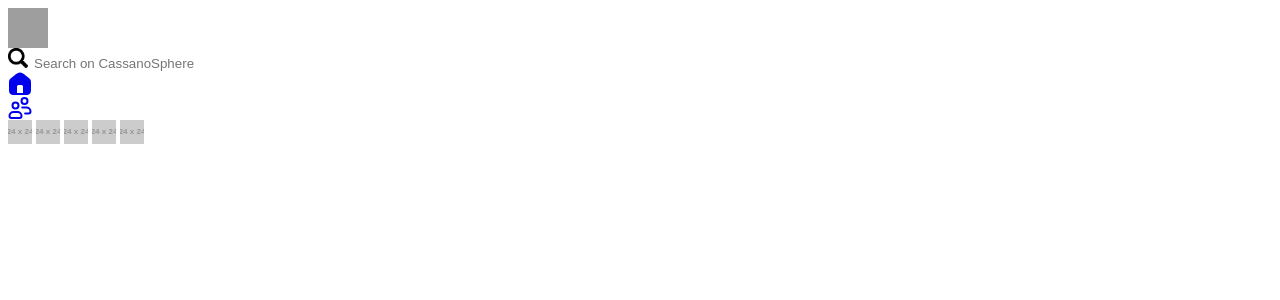
Repository: oafnghh/CassanoSphere
Page: http://localhost/CassanoSphere/www/home/includes/navBar.jsp
These files come from the project's save history. The page is drawn as it stood at one moment and after the next save; the edit follows.
The browser window is 1280 px wide. The pictures show the whole page.
Pictures or frames that could not be fetched are drawn as grey boxes. The page is served by Tomcat 9. Other server files are loaded and not shown.

Above is the page before, as saved 2024-07-15 10:06:49.

### CassanoSphere/webapp/www/home/includes/navBar.jsp
<div
	class="flex items-center justify-between bg-white dark:bg-zinc-800 p-2 shadow-md">
	<div class="flex items-center space-x-4">
		<img
			src="https://t4.ftcdn.net/jpg/03/87/77/85/360_F_387778557_9gy5UJQQ2pgmRM9bvUfLf3Q6T6Uj4kN4.jpg"
			style="width: 40px; height: 40px" class="rounded-full" />
		<div
			class="flex items-center bg-zinc-100 dark:bg-zinc-700 rounded-full px-3 py-1">
			<img style="width: 20px; height: 20px"
				src="data:[embedded picture, 3782 characters]"
				alt="Search icon" class="mr-2" /> <input type="text"
				placeholder="Search on CassanoSphere" style="border: none"
				class="bg-transparent text-muted-foreground ml-2 outline-none" />
		</div>
	</div>

	<div class="flex items-center space-x-6">
		<a aria-label="Trang chủ"
			class="x1i10hfl xjbqb8w x1ejq31n xd10rxx x1sy0etr x17r0tee x972fbf xcfux6l x1qhh985 xm0m39n x9f619 x1ypdohk xe8uvvx xdj266r x11i5rnm xat24cr x1mh8g0r xexx8yu x4uap5 x18d9i69 xkhd6sd x16tdsg8 x1hl2dhg xggy1nq x1o1ewxj x3x9cwd x1e5q0jg x13rtm0m x87ps6o x1lku1pv x1a2a7pz x6s0dn4 x78zum5 xdt5ytf x5yr21d xl56j7k x1n2onr6 xh8yej3"
			href="/" role="link" tabindex="0" previewlistener="true"
			aria-current="page"><span class="x1n2onr6"><svg
					viewBox="0 0 24 24" width="24" height="24" fill="currentColor"
					class="x19dipnz x1lliihq x1tzjh5l x1k90msu x2h7rmj x1qfuztq"
					style="-color: var(- -primary-button-background);">
					<path
						d="M9.464 1.286C10.294.803 11.092.5 12 .5c.908 0 1.707.303 2.537.786.795.462 1.7 1.142 2.815 1.977l2.232 1.675c1.391 1.042 2.359 1.766 2.888 2.826.53 1.059.53 2.268.528 4.006v4.3c0 1.355 0 2.471-.119 3.355-.124.928-.396 1.747-1.052 2.403-.657.657-1.476.928-2.404 1.053-.884.119-2 .119-3.354.119H7.93c-1.354 0-2.471 0-3.355-.119-.928-.125-1.747-.396-2.403-1.053-.656-.656-.928-1.475-1.053-2.403C1 18.541 1 17.425 1 16.07v-4.3c0-1.738-.002-2.947.528-4.006.53-1.06 1.497-1.784 2.888-2.826L6.65 3.263c1.114-.835 2.02-1.515 2.815-1.977zM10.5 13A1.5 1.5 0 0 0 9 14.5V21h6v-6.5a1.5 1.5 0 0 0-1.5-1.5h-3z"></path></svg><span
				class="x10l6tqk x11f4b5y x1v4kod4"><div
						data-visualcompletion="ignore"></div></span></span></a>
		<a aria-label="Bạn bè"
			class="x1i10hfl xjbqb8w x1ejq31n xd10rxx x1sy0etr x17r0tee x972fbf xcfux6l x1qhh985 xm0m39n x9f619 x1ypdohk xe8uvvx xdj266r x11i5rnm xat24cr x1mh8g0r xexx8yu x4uap5 x18d9i69 xkhd6sd x16tdsg8 x1hl2dhg xggy1nq x1o1ewxj x3x9cwd x1e5q0jg x13rtm0m x87ps6o x1lku1pv x1a2a7pz x6s0dn4 x78zum5 xdt5ytf x5yr21d xl56j7k x1n2onr6 xh8yej3"
			href="/friends/" role="link" tabindex="0" previewlistener="true"><span
			class="x1n2onr6"> <!--$--> <svg viewBox="0 0 24 24" width="24"
					height="24" fill="currentColor"
					class="x19dipnz x1lliihq x1tzjh5l x1k90msu x2h7rmj x1qfuztq"
					style="-color: var(- -secondary-icon);">
					<path
						d="M12.496 5a4 4 0 1 1 8 0 4 4 0 0 1-8 0zm4-2a2 2 0 1 0 0 4 2 2 0 0 0 0-4zm-9 2.5a4 4 0 1 0 0 8 4 4 0 0 0 0-8zm-2 4a2 2 0 1 1 4 0 2 2 0 0 1-4 0zM5.5 15a5 5 0 0 0-5 5 3 3 0 0 0 3 3h8.006a3 3 0 0 0 3-3 5 5 0 0 0-5-5H5.5zm-3 5a3 3 0 0 1 3-3h4.006a3 3 0 0 1 3 3 1 1 0 0 1-1 1H3.5a1 1 0 0 1-1-1zm12-9.5a5.04 5.04 0 0 0-.37.014 1 1 0 0 0 .146 1.994c.074-.005.149-.008.224-.008h4.006a3 3 0 0 1 3 3 1 1 0 0 1-1 1h-3.398a1 1 0 1 0 0 2h3.398a3 3 0 0 0 3-3 5 5 0 0 0-5-5H14.5z"></path></svg><span
				class="x10l6tqk x11f4b5y x1v4kod4"></span> <!--/$-->
		</span>
			<div
				class="x1ey2m1c xds687c x17qophe xg01cxk x47corl x10l6tqk x13vifvy x1ebt8du x19991ni x1dhq9h x1o1ewxj x3x9cwd x1e5q0jg x13rtm0m"
				role="none" data-visualcompletion="ignore"
				style="border-radius: 8px; inset: 4px 0px;"></div></a>
	</div>

	<div class="flex items-center space-x-4">
		<img src="https://placehold.co/24x24?text=🔲" alt="Menu icon"
			class="bg-zinc-300 dark:bg-zinc-600 rounded-full p-1" /> <img
			src="https://placehold.co/24x24?text=⚡" alt="Messenger icon"
			class="bg-zinc-300 dark:bg-zinc-600 rounded-full p-1" /> <img
			src="https://placehold.co/24x24?text=🔔" alt="Notifications icon"
			class="bg-zinc-300 dark:bg-zinc-600 rounded-full p-1" /> <img
			src="https://placehold.co/24x24?text=👤" alt="Profile icon"
			class="bg-zinc-300 dark:bg-zinc-600 rounded-full p-1" /> <img
			src="https://placehold.co/24x24?text=⬇️" alt="Dropdown icon"
			class="bg-zinc-300 dark:bg-zinc-600 rounded-full p-1" />
	</div>
</div>

After the next save:
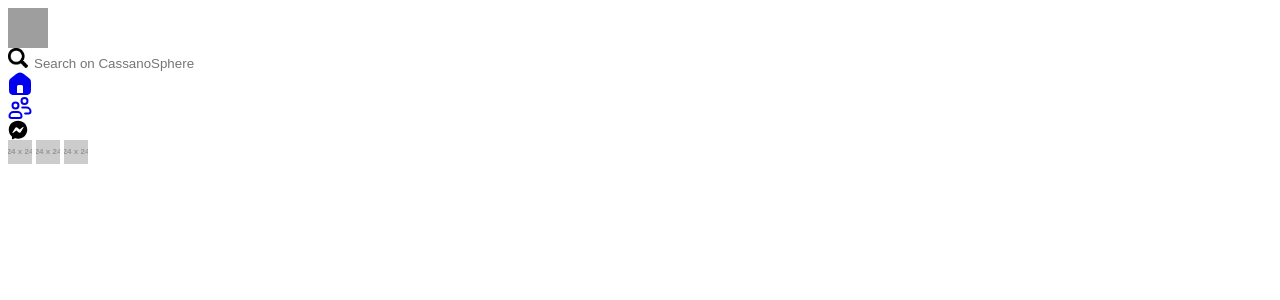
Saved 69 s later.
--- a/CassanoSphere/webapp/www/home/includes/navBar.jsp
+++ b/CassanoSphere/webapp/www/home/includes/navBar.jsp
@@ -25,8 +25,7 @@
 					<path
 						d="M9.464 1.286C10.294.803 11.092.5 12 .5c.908 0 1.707.303 2.537.786.795.462 1.7 1.142 2.815 1.977l2.232 1.675c1.391 1.042 2.359 1.766 2.888 2.826.53 1.059.53 2.268.528 4.006v4.3c0 1.355 0 2.471-.119 3.355-.124.928-.396 1.747-1.052 2.403-.657.657-1.476.928-2.404 1.053-.884.119-2 .119-3.354.119H7.93c-1.354 0-2.471 0-3.355-.119-.928-.125-1.747-.396-2.403-1.053-.656-.656-.928-1.475-1.053-2.403C1 18.541 1 17.425 1 16.07v-4.3c0-1.738-.002-2.947.528-4.006.53-1.06 1.497-1.784 2.888-2.826L6.65 3.263c1.114-.835 2.02-1.515 2.815-1.977zM10.5 13A1.5 1.5 0 0 0 9 14.5V21h6v-6.5a1.5 1.5 0 0 0-1.5-1.5h-3z"></path></svg><span
 				class="x10l6tqk x11f4b5y x1v4kod4"><div
-						data-visualcompletion="ignore"></div></span></span></a>
-		<a aria-label="Bạn bè"
+						data-visualcompletion="ignore"></div></span></span></a> <a aria-label="Bạn bè"
 			class="x1i10hfl xjbqb8w x1ejq31n xd10rxx x1sy0etr x17r0tee x972fbf xcfux6l x1qhh985 xm0m39n x9f619 x1ypdohk xe8uvvx xdj266r x11i5rnm xat24cr x1mh8g0r xexx8yu x4uap5 x18d9i69 xkhd6sd x16tdsg8 x1hl2dhg xggy1nq x1o1ewxj x3x9cwd x1e5q0jg x13rtm0m x87ps6o x1lku1pv x1a2a7pz x6s0dn4 x78zum5 xdt5ytf x5yr21d xl56j7k x1n2onr6 xh8yej3"
 			href="/friends/" role="link" tabindex="0" previewlistener="true"><span
 			class="x1n2onr6"> <!--$--> <svg viewBox="0 0 24 24" width="24"
@@ -44,11 +43,20 @@
 	</div>
 
 	<div class="flex items-center space-x-4">
-		<img src="https://placehold.co/24x24?text=🔲" alt="Menu icon"
-			class="bg-zinc-300 dark:bg-zinc-600 rounded-full p-1" /> <img
-			src="https://placehold.co/24x24?text=⚡" alt="Messenger icon"
-			class="bg-zinc-300 dark:bg-zinc-600 rounded-full p-1" /> <img
-			src="https://placehold.co/24x24?text=🔔" alt="Notifications icon"
+		<div aria-label="Messenger"
+			class="x1i10hfl x1ejq31n xd10rxx x1sy0etr x17r0tee x1ypdohk xe8uvvx xdj266r x11i5rnm xat24cr x1mh8g0r x16tdsg8 x1hl2dhg xggy1nq x87ps6o x1lku1pv x1a2a7pz x6s0dn4 xzolkzo x12go9s9 x1rnf11y xprq8jg x972fbf xcfux6l x1qhh985 xm0m39n x9f619 x78zum5 xl56j7k xexx8yu x4uap5 x18d9i69 xkhd6sd x1n2onr6 x1vqgdyp x100vrsf x1qhmfi1"
+			role="button" tabindex="0" style="">
+			<svg viewBox="0 0 12 13" width="20" height="20" fill="currentColor"
+				class="x19dipnz x1lliihq x1tzjh5l x1k90msu x2h7rmj x1qfuztq"
+				style="-color: var(- -primary-icon);">
+				<g fill-rule="evenodd" transform="translate(-450 -1073)">
+				<path
+					d="m459.603 1077.948-1.762 2.851a.89.89 0 0 1-1.302.245l-1.402-1.072a.354.354 0 0 0-.433.001l-1.893 1.465c-.253.196-.583-.112-.414-.386l1.763-2.851a.89.89 0 0 1 1.301-.245l1.402 1.072a.354.354 0 0 0 .434-.001l1.893-1.465c.253-.196.582.112.413.386M456 1073.5c-3.38 0-6 2.476-6 5.82 0 1.75.717 3.26 1.884 4.305.099.087.158.21.162.342l.032 1.067a.48.48 0 0 0 .674.425l1.191-.526a.473.473 0 0 1 .32-.024c.548.151 1.13.231 1.737.231 3.38 0 6-2.476 6-5.82 0-3.344-2.62-5.82-6-5.82"></path></g></svg>
+			<div
+				class="x1ey2m1c xds687c x17qophe xg01cxk x47corl x10l6tqk x13vifvy x1ebt8du x19991ni x1dhq9h xzolkzo x12go9s9 x1rnf11y xprq8jg"
+				role="none" data-visualcompletion="ignore" style="inset: 0px;"></div>
+		</div>
+		<img src="https://placehold.co/24x24?text=🔔" alt="Notifications icon"
 			class="bg-zinc-300 dark:bg-zinc-600 rounded-full p-1" /> <img
 			src="https://placehold.co/24x24?text=👤" alt="Profile icon"
 			class="bg-zinc-300 dark:bg-zinc-600 rounded-full p-1" /> <img
